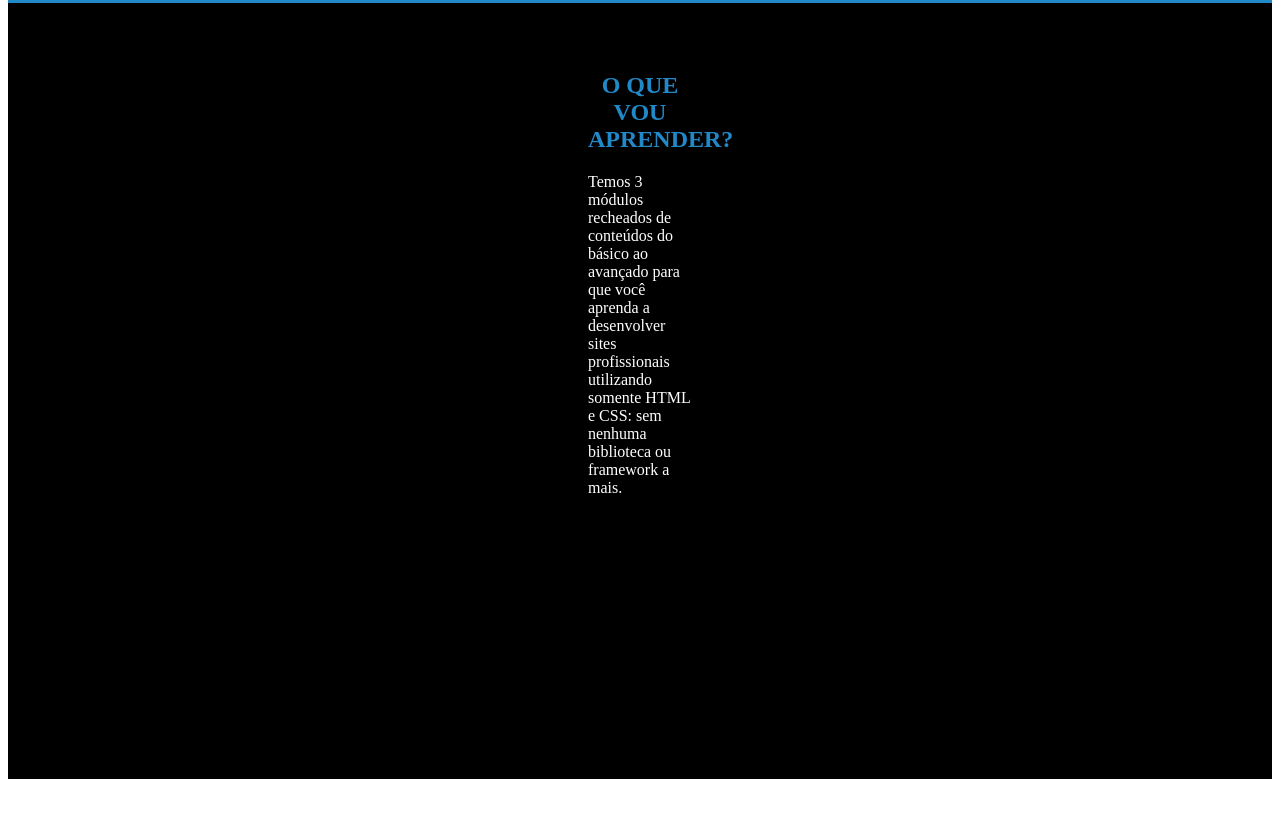
Repository: gustavotwist/trilha-css-desafio-01
Page: index.html
The author's editor kept a copy of each file at every save. The page is drawn from the files as they stood at one save, then again after the next save.
The browser window is 1280 px wide. The pictures show the part of the page from y = 449 to 1262 px (the page is 2055 px tall).
A picture or video elsewhere on the page could not be fetched, so the positions and the page height are approximate.

Above is the page before, as saved 2024-07-15 18:45:42.

### index.html
<!DOCTYPE html>
<html lang="en">
<head>
  <meta charset="UTF-8">
  <meta http-equiv="X-UA-Compatible" content="IE=edge">
  <meta name="viewport" content="width=device-width, initial-scale=1.0">
  <title>Trilha de CSS - DIO</title>
  <link rel="stylesheet" href="global.css">
</head>
<body>
  <header class="banner">
    <div class="banner-content">
      <div class="logo">
        <img src="assets/images/logo.png" title="Logotipo Trilha de CSS DIO" alt="Logotipo Trilha de CSS DIO">
      </div>
      <h1>Trilha de CSS da DIO</h1>
      <p>A nova Trilha de CSS da DIO está disponível. Acesse já e aprenda do zero como desenvolver sites profissionais.</p>
      <button>Quero me inscrever</button>
    </div>
  </header>
  <main>
    <section id="course-content">
      <h2>O que vou aprender?</h2>
      <p>
        Temos 3 módulos recheados de conteúdos do básico ao avançado para que você aprenda a
        desenvolver sites profissionais utilizando somente HTML e CSS: sem nenhuma biblioteca ou framework a mais.
      </p>
      <div class="modules-list">
        <div class="module">
          <span>Módulo 01:</span> primeiros passos com CSS
        </div>
        <div class="module">
          <span>Módulo 02:</span> trabalhando com layouts no CSS
        </div>
        <div class="module">
          <span>Módulo 03:</span> refinando os estilos CSS das nossas páginas
        </div>
      </div>
    </section>
    <section id="transform-world">
      <p>TRANSFORME O MUNDO COM A GENTE</p>
    </section>
    <section id="professional-challenges">
      <h2>Evolua e encare novos desafios profissionais</h2>
      <img src="assets/images/professional-challenges.png" title="Homem lendo depoimentos em um tablet" alt="Homem lendo depoimentos em um tablet">
      <p>
        Junte-se ao nosso ecossistema e transforme o mundo com a gente! Todos os dias dezenas de empresas
        acessam a nossa plataforma em busca dos talentos mais criativos, dinâmicos e colaborativos,
        além do conhecimento técnico.
        A nossa missão é te preparar para que você conecte-se com as melhores oportunidades.
      </p>
    </section>
  </main>
  <footer>
    <img class="dio-logo" src="assets/images/dio-logo.png" title="Logotipo DIO com o texto make the change" alt="Logotipo DIO com o texto make the change">
    <p>Acesse <a href="https://dio.me">dio.me</a> e se cadastre agora</p>
  </footer>
</body>
</html>

### global.css
.banner {
    background:url('/assets/images/banner.png'), no-repeat, linear-gradient(to bottom, #030709, #030709 10%, #0a1b23 50%, #030709 95%);
    color:white;
}

h1, h2 {
    color:#2189c7;
    text-transform:uppercase;
}

.banner-content {
    text-align:center;
    padding:70px;
    margin-bottom:30px;
}

.logo img{
    width:180px;
    radial-gradient(#030709, #061216);
}

button {
   background-color:transparent;
   color:#2189c7;
   border:solid #2189c7;
   padding:1em;
   width:22em;
   text-transform:uppercase;
   word-spacing:2px;
}

#course-content{
    border-top: solid  #2189c7;
    margin-top: -30px;
    padding:50px 580px;
    text-align:center;
    background-color:#000000;
}

section p{
    color: white;

    text-align:left;
}


.modules-list {

}

After the next save:
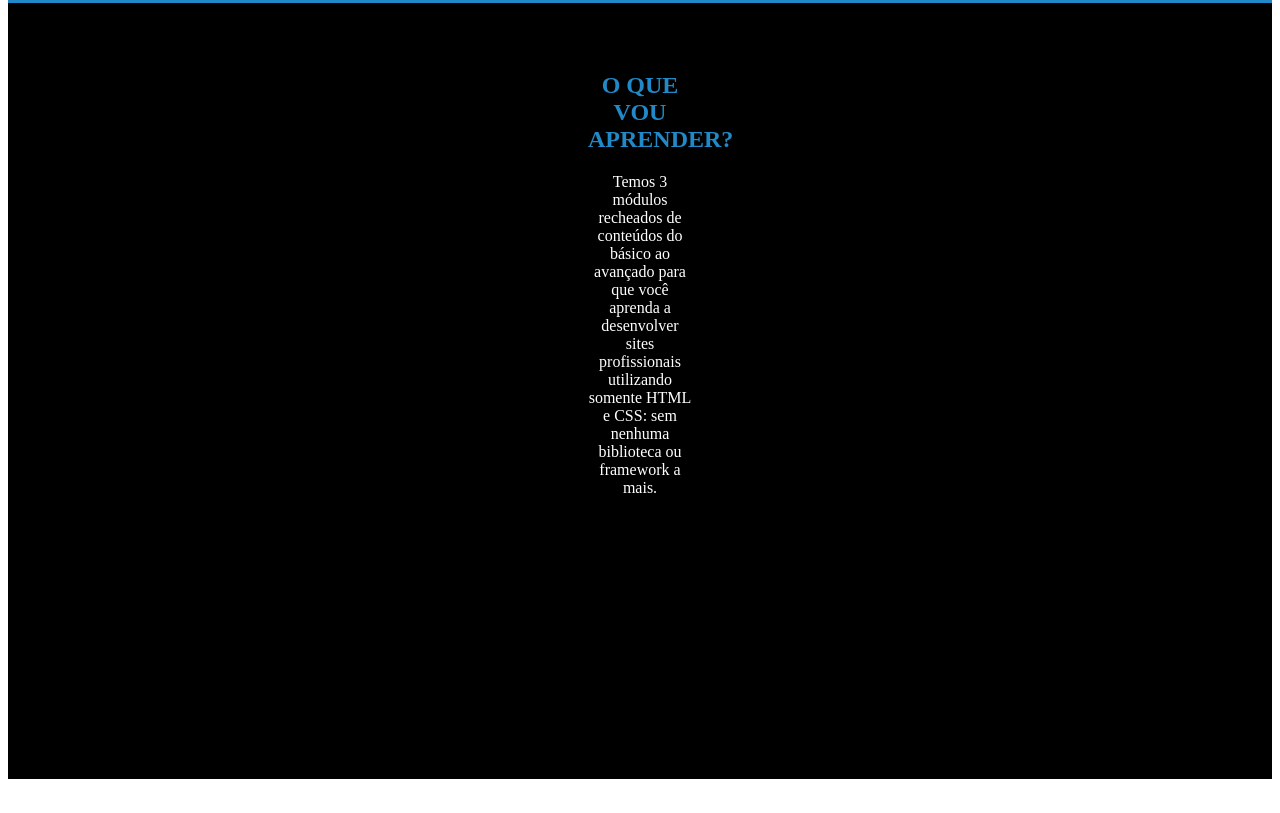
Saved 6 s later.
--- a/global.css
+++ b/global.css
@@ -40,7 +40,7 @@ button {
 section p{
     color: white;
 
-    text-align:left;
+
 }
 
 
